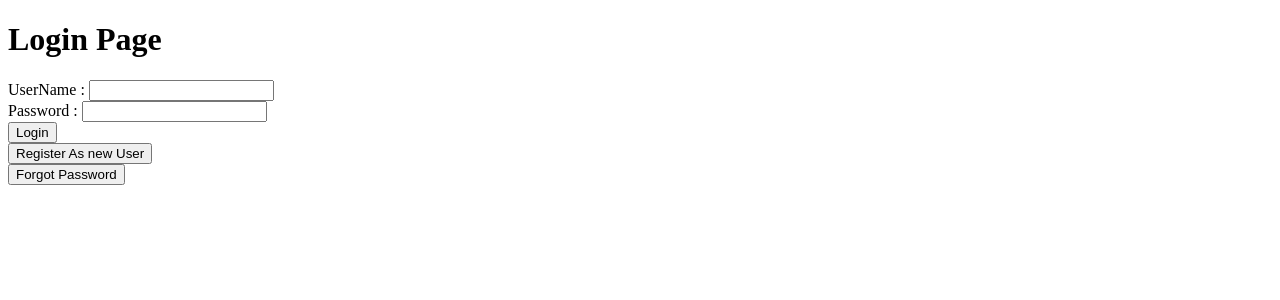
Repository: devgpta19/CDAC-Assignments
Page: http://localhost/ProductsAndUsersUsingJSPAndServlet/
These files come from the project's save history. The page is drawn as it stood at one moment and after a run of saves; the edit follows.
The browser window is 1280 px wide. The pictures show the whole page.
The page is served by Tomcat 9.

Above is the page before, as saved 2025-11-27 02:56:02.

After the next 4 saves:
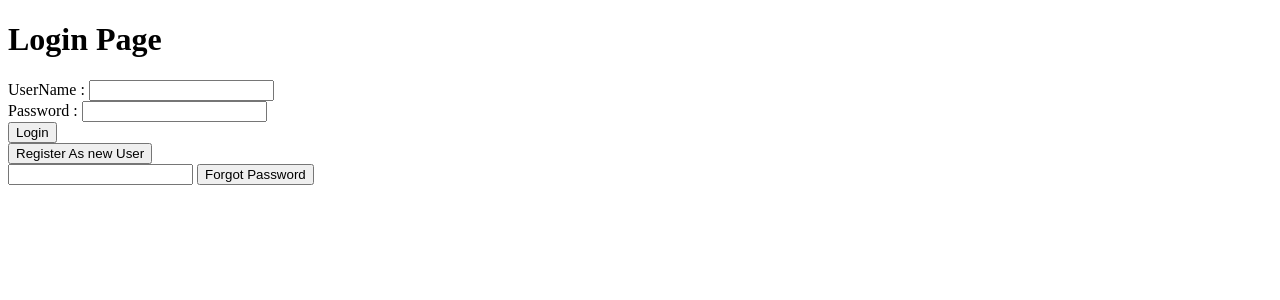
The 4 saves are shown as one change because they came seconds apart.
The last was saved 27 s later.
--- a/Adv.Java/Day6-8/ProductsAndUsersUsingJSPAndServlet/src/main/webapp/Login.jsp
+++ b/Adv.Java/Day6-8/ProductsAndUsersUsingJSPAndServlet/src/main/webapp/Login.jsp
@@ -20,6 +20,7 @@
 				As new User</button>
 		</form>
 		<form action="ForgotPass.jsp">
+			<input>
 			<button type="submit" name="btn" id="btn" value="forgotPage">Forgot
 				Password</button>
 		</form>

After the save that followed:
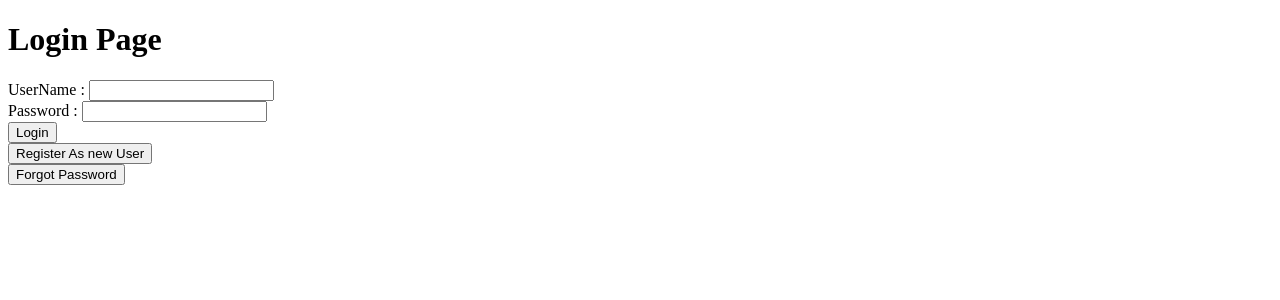
Saved 14 s later.
--- a/Adv.Java/Day6-8/ProductsAndUsersUsingJSPAndServlet/src/main/webapp/Login.jsp
+++ b/Adv.Java/Day6-8/ProductsAndUsersUsingJSPAndServlet/src/main/webapp/Login.jsp
@@ -20,7 +20,7 @@
 				As new User</button>
 		</form>
 		<form action="ForgotPass.jsp">
-			<input>
+			<input type="hidden" >
 			<button type="submit" name="btn" id="btn" value="forgotPage">Forgot
 				Password</button>
 		</form>
